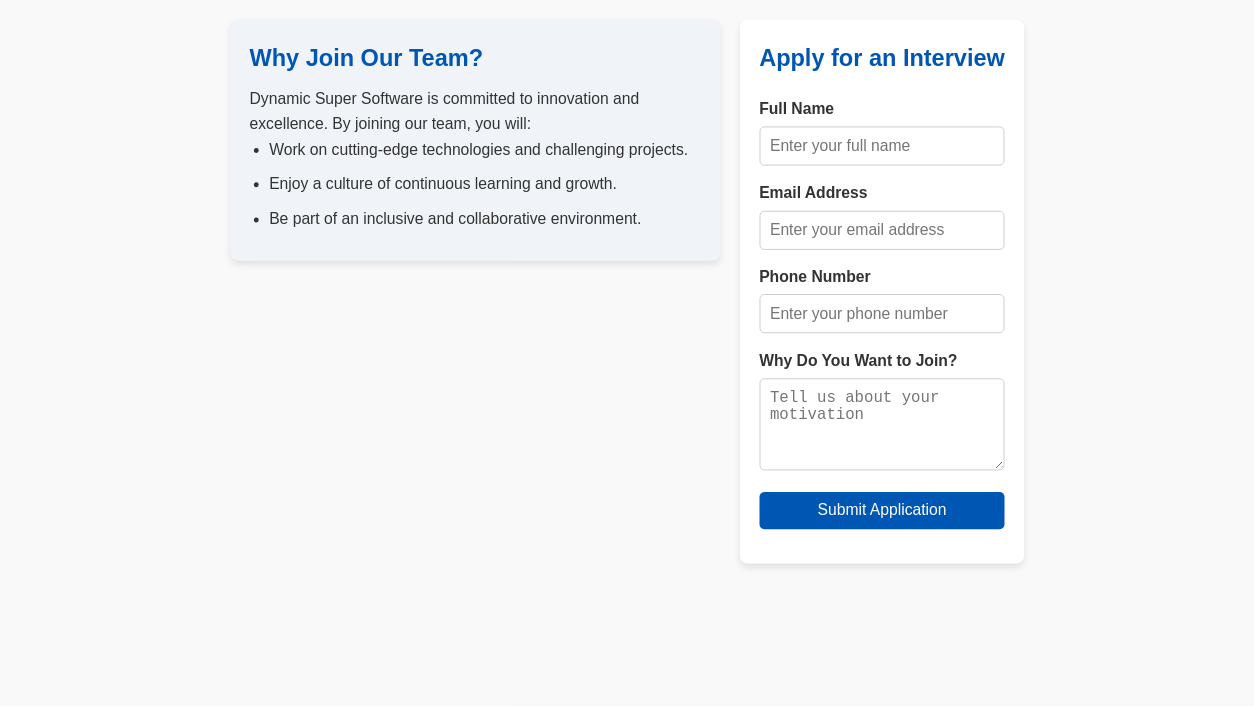
Repository: abhibkop27/CIMDR
Page: src/sample.html
The author's editor kept a copy of each file at every save. The page is drawn from the files as they stood at one save, then again after the next save.
The browser window is 1280 px wide. The pictures show the whole page, at 98% of full size.

Above is the page before, as saved 2025-01-20 15:55:19.

After the next save:
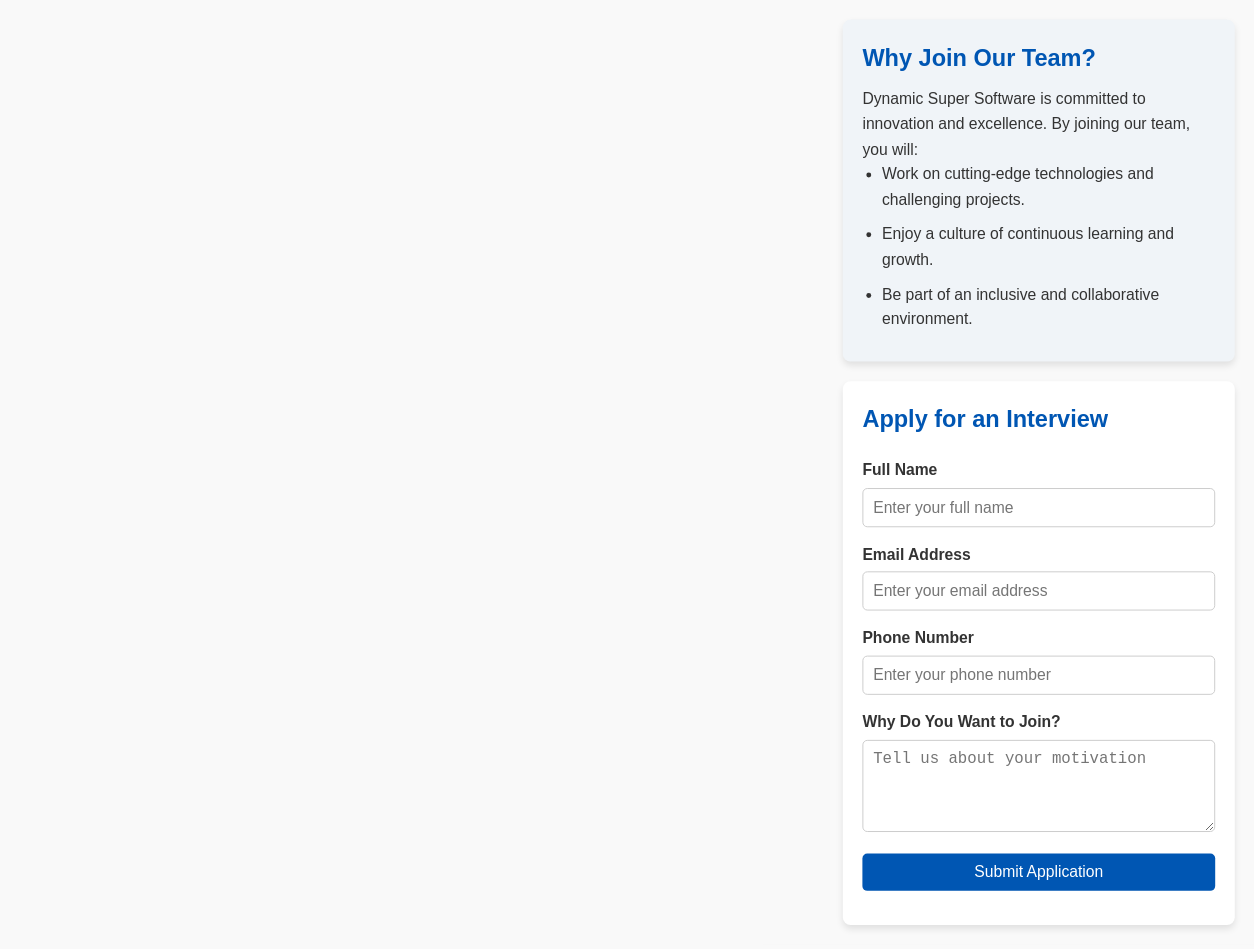
Saved 115 s later.
--- a/src/sample.html
+++ b/src/sample.html
@@ -17,18 +17,26 @@
             background-color: #f9f9f9;
             color: #333;
             display: flex;
-            justify-content: center;
+            justify-content: flex-end;
             align-items: flex-start;
-            flex-wrap: wrap;
+            min-height: 100vh;
+            padding: 20px;
+        }
+        .content {
+            width: 100%;
+            max-width: 400px;
+            display: flex;
+            flex-direction: column;
             gap: 20px;
+        }
+        .info-section, .form-section {
+            background: #fff;
+            border-radius: 8px;
+            box-shadow: 0 4px 8px rgba(0, 0, 0, 0.1);
             padding: 20px;
         }
         .info-section {
-            max-width: 500px;
             background: #f0f4f8;
-            padding: 20px;
-            border-radius: 8px;
-            box-shadow: 0 4px 8px rgba(0, 0, 0, 0.1);
         }
         .info-section h2 {
             color: #0056b3;
@@ -40,13 +48,6 @@
         }
         .info-section ul li {
             margin-bottom: 10px;
-        }
-        .form-section {
-            max-width: 500px;
-            background: #fff;
-            padding: 20px;
-            border-radius: 8px;
-            box-shadow: 0 4px 8px rgba(0, 0, 0, 0.1);
         }
         .form-section h2 {
             margin-bottom: 20px;
@@ -77,50 +78,47 @@
         form button:hover {
             background-color: #003d80;
         }
-        @media (max-width: 768px) {
-            body {
-                flex-direction: column;
-            }
-        }
     </style>
 </head>
 <body>
-    <!-- Information Section -->
-    <div class="info-section">
-        <h2>Why Join Our Team?</h2>
-        <p>Dynamic Super Software is committed to innovation and excellence. By joining our team, you will:</p>
-        <ul>
-            <li>Work on cutting-edge technologies and challenging projects.</li>
-            <li>Enjoy a culture of continuous learning and growth.</li>
-            <li>Be part of an inclusive and collaborative environment.</li>
-        </ul>
-    </div>
+    <div class="content">
+        <!-- Information Section -->
+        <div class="info-section">
+            <h2>Why Join Our Team?</h2>
+            <p>Dynamic Super Software is committed to innovation and excellence. By joining our team, you will:</p>
+            <ul>
+                <li>Work on cutting-edge technologies and challenging projects.</li>
+                <li>Enjoy a culture of continuous learning and growth.</li>
+                <li>Be part of an inclusive and collaborative environment.</li>
+            </ul>
+        </div>
 
-    <!-- Form Section -->
-    <div class="form-section">
-        <h2>Apply for an Interview</h2>
-        <form action="https://api.web3forms.com/submit" method="POST">
-            <input type="hidden" name="apikey" value="YOUR_API_KEY">
-            <div class="form-group">
-                <label for="name">Full Name</label>
-                <input type="text" id="name" name="name" placeholder="Enter your full name" required>
-            </div>
-            <div class="form-group">
-                <label for="email">Email Address</label>
-                <input type="email" id="email" name="email" placeholder="Enter your email address" required>
-            </div>
-            <div class="form-group">
-                <label for="phone">Phone Number</label>
-                <input type="tel" id="phone" name="phone" placeholder="Enter your phone number" required>
-            </div>
-            <div class="form-group">
-                <label for="message">Why Do You Want to Join?</label>
-                <textarea id="message" name="message" placeholder="Tell us about your motivation" rows="4" required></textarea>
-            </div>
-            <div class="form-group">
-                <button type="submit">Submit Application</button>
-            </div>
-        </form>
+        <!-- Form Section -->
+        <div class="form-section">
+            <h2>Apply for an Interview</h2>
+            <form action="https://api.web3forms.com/submit" method="POST">
+                <input type="hidden" name="apikey" value="YOUR_API_KEY">
+                <div class="form-group">
+                    <label for="name">Full Name</label>
+                    <input type="text" id="name" name="name" placeholder="Enter your full name" required>
+                </div>
+                <div class="form-group">
+                    <label for="email">Email Address</label>
+                    <input type="email" id="email" name="email" placeholder="Enter your email address" required>
+                </div>
+                <div class="form-group">
+                    <label for="phone">Phone Number</label>
+                    <input type="tel" id="phone" name="phone" placeholder="Enter your phone number" required>
+                </div>
+                <div class="form-group">
+                    <label for="message">Why Do You Want to Join?</label>
+                    <textarea id="message" name="message" placeholder="Tell us about your motivation" rows="4" required></textarea>
+                </div>
+                <div class="form-group">
+                    <button type="submit">Submit Application</button>
+                </div>
+            </form>
+        </div>
     </div>
 </body>
 </html>
